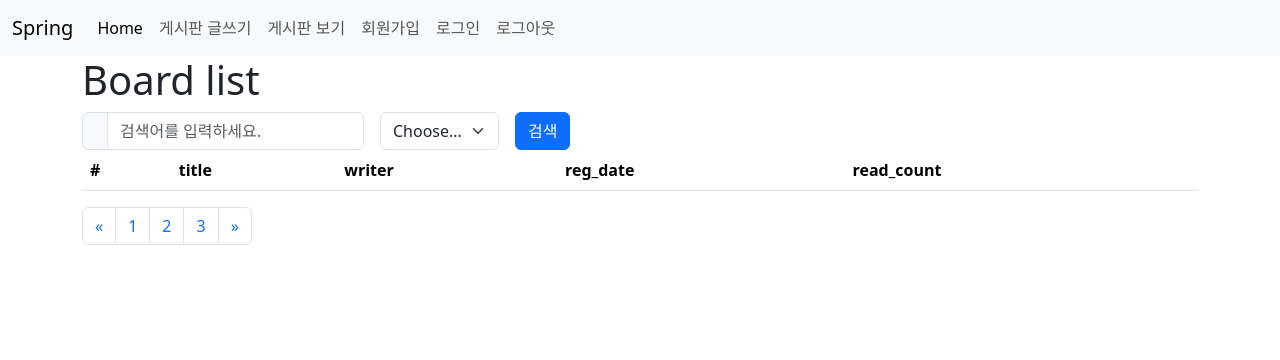
Repository: kimnoanoa/springTest240430
Page: http://localhost/spring_study/WEB-INF/views/board/list.jsp
The author's editor kept a copy of each file at every save. The page is drawn from the files as they stood at one save, then again after the next save.
The browser window is 1280 px wide. The pictures show the whole page.
The page is served by Tomcat 9. Nobody is signed in. The template is opened directly, without the code that normally fills it, so the values that code supplies are empty.

Above is the page before, as saved 2024-04-24 08:13:54.

### spring_study/src/main/webapp/WEB-INF/views/board/list.jsp
<%@ page language="java" contentType="text/html; charset=UTF-8"
    pageEncoding="UTF-8"%>
  <%@ taglib uri="http://java.sun.com/jsp/jstl/core" prefix="c" %>

<jsp:include page="../layout/header.jsp"></jsp:include>
<div class="container-md">
	<h1>Board list</h1>
	<!-- 검색 -->
	<form class="row row-cols-lg-auto g-3 align-items-center">
  <div class="col-12">
    <label class="visually-hidden" for="inlineFormInputGroupUsername">Username</label>
    <div class="input-group">
      <div class="input-group-text"></div>
      <input type="text" class="form-control" id="inlineFormInputGroupUsername" placeholder="검색어를 입력하세요.">
    </div>
  </div>

  <div class="col-12">
    <label class="visually-hidden" for="inlineFormSelectPref">Preference</label>
    <select class="form-select" id="inlineFormSelectPref">
      <option selected>Choose...</option>
      <option value="1">One</option>
      <option value="2">Two</option>
      <option value="3">Three</option>
    </select>
  </div>

  <div class="col-12">
    <button type="submit" class="btn btn-primary">검색</button>
  </div>
</form>
	<table class="table table-hover">
		<thead>
			<tr>
				<th>#</th>
				<th>title</th>
				<th>writer</th>
				<th>reg_date</th>
				<th>read_count</th>
			</tr>
		</thead>
		<tbody>
			<c:forEach items="${list }" var="bvo">
			<tr>
				<td>${bvo.bno }</td>
				<td><a href="/board/detail?bno=${bvo.bno}">${bvo.title }</a></td>
				<td>${bvo.writer }</td>
				<td>${bvo.reg_date }</td>
				<td>${bvo.read_count }</td>
			</tr>
			</c:forEach>
		</tbody>
	</table>

	<!-- 페이지네이션 -->
	<nav aria-label="Page navigation example">
  <ul class="pagination">
    <li class="page-item">
      <a class="page-link" href="#" aria-label="Previous">
        <span aria-hidden="true">&laquo;</span>
      </a>
    </li>
    <li class="page-item"><a class="page-link" href="#">1</a></li>
    <li class="page-item"><a class="page-link" href="#">2</a></li>
    <li class="page-item"><a class="page-link" href="#">3</a></li>
    <li class="page-item">
      <a class="page-link" href="#" aria-label="Next">
        <span aria-hidden="true">&raquo;</span>
      </a>
    </li>
  </ul>
</nav>
</div>
<jsp:include page="../layout/footer.jsp"></jsp:include>

### spring_study/src/main/webapp/WEB-INF/views/layout/header.jsp
<%@ page language="java" contentType="text/html; charset=UTF-8"
    pageEncoding="UTF-8"%>
<!DOCTYPE html>
<html>
<head>
<meta charset="UTF-8">
<title>header.jsp</title>
</head>
<link href="https://cdn.jsdelivr.net/npm/bootstrap@5.3.3/dist/css/bootstrap.min.css" rel="stylesheet" integrity="sha384-QWTKZyjpPEjISv5WaRU9OFeRpok6YctnYmDr5pNlyT2bRjXh0JMhjY6hW+ALEwIH" crossorigin="anonymous">
<script src="https://cdn.jsdelivr.net/npm/bootstrap@5.3.3/dist/js/bootstrap.bundle.min.js" integrity="sha384-YvpcrYf0tY3lHB60NNkmXc5s9fDVZLESaAA55NDzOxhy9GkcIdslK1eN7N6jIeHz" crossorigin="anonymous"></script>
<body>
<nav class="navbar navbar-expand-lg bg-body-tertiary">
  <div class="container-fluid">
    <a class="navbar-brand" href="#">Spring</a>
    <button class="navbar-toggler" type="button" data-bs-toggle="collapse" data-bs-target="#navbarSupportedContent" aria-controls="navbarSupportedContent" aria-expanded="false" aria-label="Toggle navigation">
      <span class="navbar-toggler-icon"></span>
    </button>
    <div class="collapse navbar-collapse" id="navbarSupportedContent">
      <ul class="navbar-nav me-auto mb-2 mb-lg-0">
        <li class="nav-item">
          <a class="nav-link active" aria-current="page" href="#">Home</a>
        </li>
        <li class="nav-item">
          <a class="nav-link" href="/board/register">게시판 글쓰기</a>
        </li>
        <li class="nav-item">
          <a class="nav-link" href="/board/list">게시판 보기</a>
        </li>
        <li class="nav-item">
          <a class="nav-link" href="#">회원가입</a>
        </li>
        <li class="nav-item">
          <a class="nav-link" href="#">로그인</a>
        </li>
        <li class="nav-item">
          <a class="nav-link" href="#">로그아웃</a>
        </li>
        </ul>
    </div>
  </div>
</nav>

### spring_study/src/main/webapp/WEB-INF/views/layout/footer.jsp
<%@ page language="java" contentType="text/html; charset=UTF-8"
    pageEncoding="UTF-8"%>
<div>
<!-- 2024 Spring Project -->
</div>
</body>
</html>

After the next save:
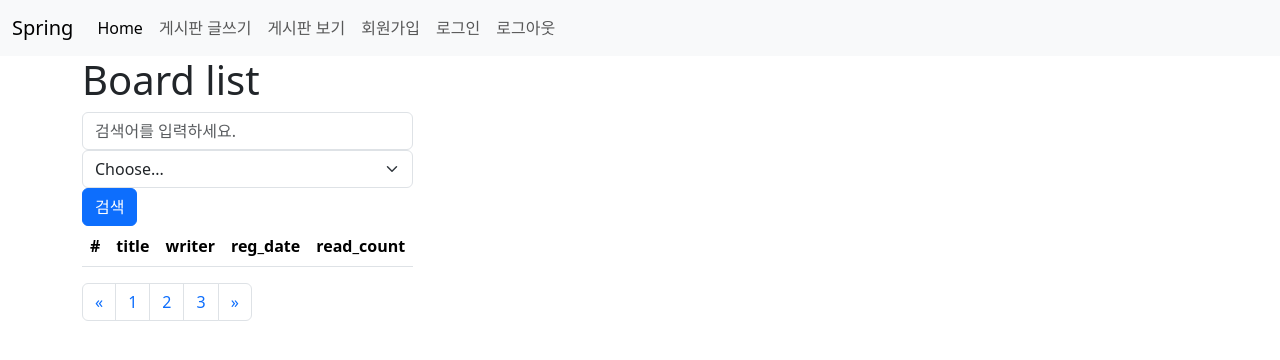
Saved 36 s later.
--- a/spring_study/src/main/webapp/WEB-INF/views/board/list.jsp
+++ b/spring_study/src/main/webapp/WEB-INF/views/board/list.jsp
@@ -10,9 +10,8 @@
   <div class="col-12">
     <label class="visually-hidden" for="inlineFormInputGroupUsername">Username</label>
     <div class="input-group">
-      <div class="input-group-text"></div>
       <input type="text" class="form-control" id="inlineFormInputGroupUsername" placeholder="검색어를 입력하세요.">
-    </div>
+
   </div>
 
   <div class="col-12">
